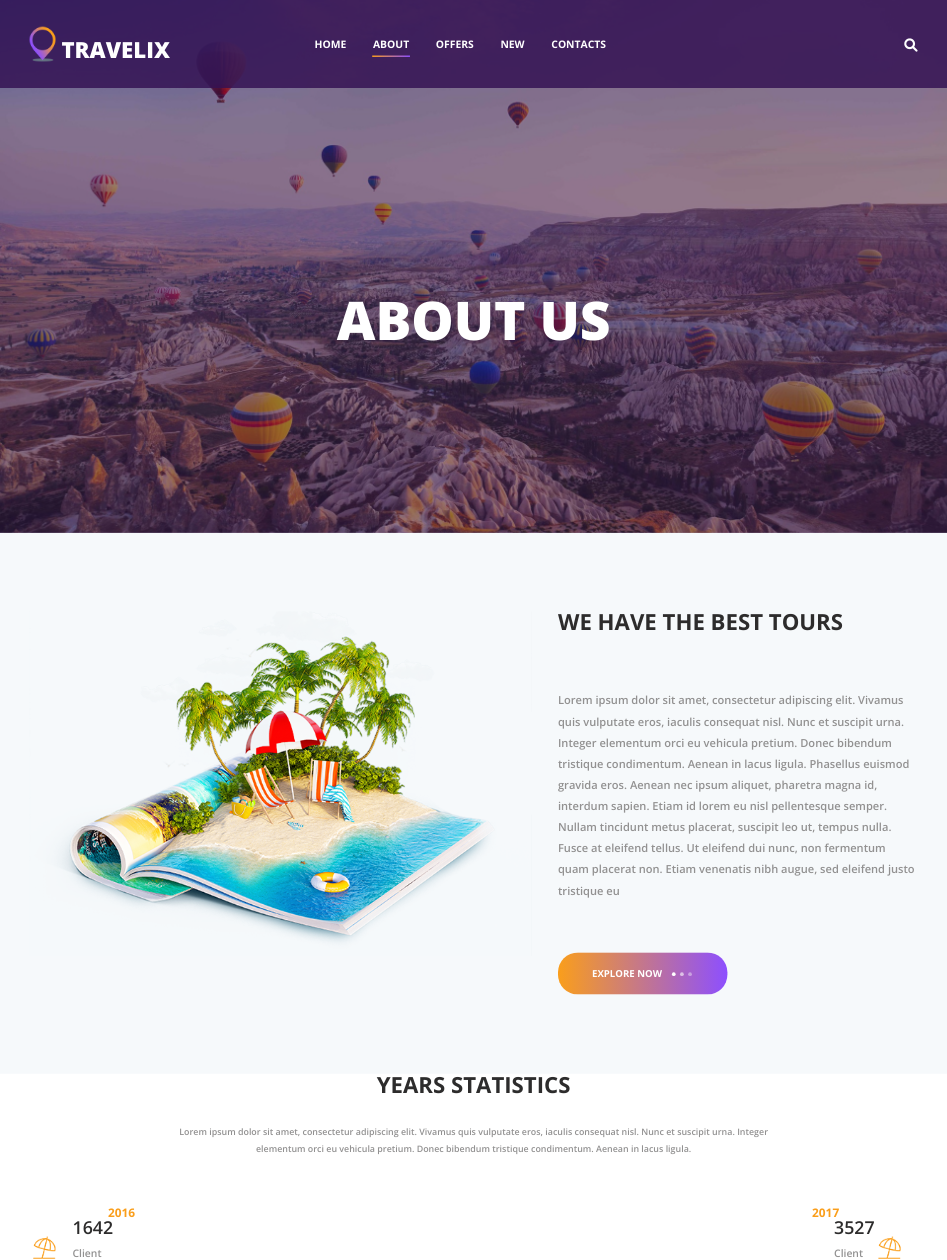
Repository: phamhuuloc/Travelix_Template
Page: about.html
The author's editor kept a copy of each file at every save. The page is drawn from the files as they stood at one save, then again after the next save.
The browser window is 1280 px wide. The pictures show the whole page, at 74% of full size.
Backgrounds fixed to the window are drawn as part of the page. Some web fonts or font styles are not loaded; a fallback is used.

Above is the page before, as saved 2021-10-13 09:22:33.

### about.html
<!DOCTYPE html>
<html lang="en">
  <head>
    <meta charset="UTF-8" />
    <meta http-equiv="X-UA-Compatible" content="IE=edge" />
    <meta name="viewport" content="width=device-width, initial-scale=1.0" />
    <title>Document</title>
    <link rel="shortcut icon" href="./assets/img/logo.png" />
    <link
      href="https://fonts.googleapis.com/css2?family=Caramel&display=swap"
      rel="stylesheet"
    />
    <!-- GOOGLE FONT -->
    <link
      href="https://fonts.googleapis.com/css2?family=Birthstone&display=swap"
      rel="stylesheet"
    />
    <!-- FONT AWESOME -->
    <link
      rel="stylesheet"
      href="https://cdnjs.cloudflare.com/ajax/libs/font-awesome/6.0.0-beta2/css/all.min.css"
      integrity="sha512-YWzhKL2whUzgiheMoBFwW8CKV4qpHQAEuvilg9FAn5VJUDwKZZxkJNuGM4XkWuk94WCrrwslk8yWNGmY1EduTA=="
      crossorigin="anonymous"
      referrerpolicy="no-referrer"
    />
    <!-- CSS -->
    <link rel="stylesheet" href="./assets/css/reset.css" />
    <link rel="stylesheet" href="./assets/css/grid.css" />
    <link rel="stylesheet" href="./assets/css/base.css" />
    <link rel="stylesheet" href="./assets/css/about.css" />
  </head>
  <body>
    <header class="header">
      <div class="header-topbar" style="display: none">
        <div class="grid wide">
          <div class="header-topbar__container">
            <div class="row">
              <div class="col l-6">
                <div class="header-topbar__contact">
                  <ul>
                    <li>
                      <a href="">+84 945 000 917</a>
                    </li>
                    <li>
                      <a href=""><i class="fab fa-pinterest"></i></a>
                    </li>
                    <li>
                      <a href=""><i class="fab fa-facebook-f"></i></a>
                    </li>
                    <li>
                      <a href=""><i class="fab fa-twitter"></i></a>
                    </li>
                    <li>
                      <a href=""><i class="fab fa-dribbble"></i></a>
                    </li>
                    <li>
                      <a href=""><i class="fab fa-behance"></i></a>
                    </li>
                    <li>
                      <a href=""><i class="fab fa-linkedin-in"></i></a>
                    </li>
                  </ul>
                </div>
              </div>
              <div class="col l-6">
                <div class="header-topbar__login">
                  <ul>
                    <li><a href="">Login</a></li>
                    <li><a href="">|</a></li>
                    <li><a href="">Register</a></li>
                  </ul>
                </div>
              </div>
            </div>
          </div>
        </div>
      </div>
      <div class="header-nav">
        <div class="grid wide">
          <div class="header-nav__container">
            <div class="row">
              <div class="col l-3">
                <div class="logo">
                  <a href="" class="logo__link">
                    <img src="./assets/img/logo.png" alt="" />
                    <h2 class="logo__text">Travelix</h2>
                  </a>
                </div>
              </div>
              <div class="col l-6 m-0 c-0">
                <div class="nav-menu">
                  <ul class="nav-menu__list">
                    <li class="nav-menu__item">
                      <a href="index.html" class="nav-menu__link">Home</a>
                    </li>
                    <li class="nav-menu__item active">
                      <a href="./about.html" class="nav-menu__link">About</a>
                    </li>
                    <li class="nav-menu__item">
                      <a href="" class="nav-menu__link">Offers</a>
                    </li>
                    <li class="nav-menu__item">
                      <a href="" class="nav-menu__link">New</a>
                    </li>
                    <li class="nav-menu__item">
                      <a href="" class="nav-menu__link">Contacts</a>
                    </li>
                  </ul>
                </div>
              </div>
              <div class="col l-3">
                <div class="header-search">
                  <i class="fas fa-search header-search__icon"></i>
                </div>
              </div>
            </div>
          </div>
        </div>
      </div>
    </header>
    <div class="home">
      <div
        class="home-background"
        style="background-image: url(./assets/img/about.jpg)"
      ></div>
      <div class="home__title"><h1>About us</h1></div>
    </div>
    <section class="intro">
      <div class="grid wide">
        <div class="intro__container">
          <div class="row">
            <div class="col l-7 intro__img">
              <img src="./assets/img/intro_about.png" alt="" />
            </div>
            <div class="col l-5 intro__content">
              <h2 class="intro__title">WE HAVE THE BEST TOURS</h2>
              <p class="intro__desc">
                Lorem ipsum dolor sit amet, consectetur adipiscing elit. Vivamus
                quis vulputate eros, iaculis consequat nisl. Nunc et suscipit
                urna. Integer elementum orci eu vehicula pretium. Donec bibendum
                tristique condimentum. Aenean in lacus ligula. Phasellus euismod
                gravida eros. Aenean nec ipsum aliquet, pharetra magna id,
                interdum sapien. Etiam id lorem eu nisl pellentesque semper.
                Nullam tincidunt metus placerat, suscipit leo ut, tempus nulla.
                Fusce at eleifend tellus. Ut eleifend dui nunc, non fermentum
                quam placerat non. Etiam venenatis nibh augue, sed eleifend
                justo tristique eu
              </p>
              <div class="intro__btn">
                <div class="btn">
                  <div class="btn-bg"></div>
                  <a href="#" class="btn-link">
                    explore now
                    <span></span>
                    <span></span>
                    <span></span>
                  </a>
                </div>
              </div>
            </div>
          </div>
        </div>
      </div>
    </section>
    <section class="stats">
      <div class="grid wide">
        <div class="stats__container">
          <h2 class="stats__title">YEARS STATISTICS</h2>
          <div class="wrap_text">
            <p class="stats__text">
              Lorem ipsum dolor sit amet, consectetur adipiscing elit. Vivamus
              quis vulputate eros, iaculis consequat nisl. Nunc et suscipit
              urna. Integer elementum orci eu vehicula pretium. Donec bibendum
              tristique condimentum. Aenean in lacus ligula.
            </p>
          </div>
          <div class="stats__year">
            <div class="stats__year-last">2016</div>
            <div class="stats__year-new">2017</div>
          </div>
          <div class="stats__content">
            <div class="stats__item">
              <div class="stats__last">
                <div class="stats__icon">
                  <img src="./assets/img/stats_1.png" alt="" />
                </div>
                <div class="stats__content">
                  <div class="stats__number">1642</div>
                  <div class="stats__type">Client</div>
                </div>
              </div>
              <div class="stats__bar">
                <div class="stats__bar-perc"></div>
              </div>
              <div class="stats__new">
                <div class="stats__content">
                  <div class="stats__number">3527</div>
                  <div class="stats__type">Client</div>
                </div>
                <div class="stats__icon">
                  <img src="./assets/img/stats_1.png" alt="" />
                </div>
              </div>
            </div>
          </div>
        </div>
      </div>
    </section>
  </body>
</html>

### assets/css/grid.css
.grid {
  width: 100%;
  padding: 0;
}
.grid.wide {
  max-width: 1200px;

  margin: 0 auto;
}
.row {
  display: flex;
  flex-wrap: wrap;
  margin-left: -4px;
  margin-right: -4px;
}
.row.no-gutters {
  margin-left: 0;
  margin-right: 0;
}
.col {
  padding-left: 4px;
  padding-right: 4px;
}
.row.no-gutters .col {
  margin-left: 0;
  margin-right: 0;
}

.c-0 {
  display: none;
}

.c-1 {
  flex: 0 0 8.33333%;
  max-width: 8.33333%;
}

.c-2 {
  flex: 0 0 16.66667%;
  max-width: 16.66667%;
}

.c-3 {
  flex: 0 0 25%;
  max-width: 25%;
}

.c-4 {
  flex: 0 0 33.33333%;
  max-width: 33.33333%;
}

.c-5 {
  flex: 0 0 41.66667%;
  max-width: 41.66667%;
}

.c-6 {
  flex: 0 0 50%;
  max-width: 50%;
}

.c-7 {
  flex: 0 0 58.33333%;
  max-width: 58.33333%;
}

.c-8 {
  flex: 0 0 66.66667%;
  max-width: 66.66667%;
}

.c-9 {
  flex: 0 0 75%;
  max-width: 75%;
}

.c-10 {
  flex: 0 0 83.33333%;
  max-width: 83.33333%;
}

.c-11 {
  flex: 0 0 91.66667%;
  max-width: 91.66667%;
}

.c-12 {
  flex: 0 0 100%;
  max-width: 100%;
}

.c-o-1 {
  margin-left: 8.33333%;
}

.c-o-2 {
  margin-left: 16.66667%;
}

.c-o-3 {
  margin-left: 25%;
}

.c-o-4 {
  margin-left: 33.33333%;
}

.c-o-5 {
  margin-left: 41.66667%;
}

.c-o-6 {
  margin-left: 50%;
}

.c-o-7 {
  margin-left: 58.33333%;
}

.c-o-8 {
  margin-left: 66.66667%;
}

.c-o-9 {
  margin-left: 75%;
}

.c-o-10 {
  margin-left: 83.33333%;
}

.c-o-11 {
  margin-left: 91.66667%;
}
/* TABLET */
@media (min-width: 740px) {
  .row {
    margin-left: -8px;
    margin-right: -8px;
  }
  .col {
    padding-right: 8px;
    padding-left: 8px;
  }
  .m-0 {
    display: none;
  }
  .m-1,
  .m-2,
  .m-3,
  .m-4,
  .m-5,
  .m-6,
  .m-7,
  .m-8,
  .m-9,
  .m-10,
  .m-11,
  .m-12 {
    display: block;
  }

  .m-1 {
    flex: 0 0 8.33333%;
    max-width: 8.33333%;
  }

  .m-2 {
    flex: 0 0 16.66667%;
    max-width: 16.66667%;
  }

  .m-3 {
    flex: 0 0 25%;
    max-width: 25%;
  }

  .m-4 {
    flex: 0 0 33.33333%;
    max-width: 33.33333%;
  }

  .m-5 {
    flex: 0 0 41.66667%;
    max-width: 41.66667%;
  }

  .m-6 {
    flex: 0 0 50%;
    max-width: 50%;
  }

  .m-7 {
    flex: 0 0 58.33333%;
    max-width: 58.33333%;
  }

  .m-8 {
    flex: 0 0 66.66667%;
    max-width: 66.66667%;
  }

  .m-9 {
    flex: 0 0 75%;
    max-width: 75%;
  }

  .m-10 {
    flex: 0 0 83.33333%;
    max-width: 83.33333%;
  }

  .m-11 {
    flex: 0 0 91.66667%;
    max-width: 91.66667%;
  }

  .m-12 {
    flex: 0 0 100%;
    max-width: 100%;
  }

  .m-o-1 {
    margin-left: 8.33333%;
  }

  .m-o-2 {
    margin-left: 16.66667%;
  }

  .m-o-3 {
    margin-left: 25%;
  }

  .m-o-4 {
    margin-left: 33.33333%;
  }

  .m-o-5 {
    margin-left: 41.66667%;
  }

  .m-o-6 {
    margin-left: 50%;
  }

  .m-o-7 {
    margin-left: 58.33333%;
  }

  .m-o-8 {
    margin-left: 66.66667%;
  }

  .m-o-9 {
    margin-left: 75%;
  }

  .m-o-10 {
    margin-left: 83.33333%;
  }

  .m-o-11 {
    margin-left: 91.66667%;
  }
}
/* PC MEDIUM RESOLUTION */
@media (min-width: 1113px) {
  .row {
    margin-left: -12px;
    margin-right: -12px;
  }
  .row.sm-gutter {
    margin-left: -8px;
    margin-right: -8px;
  }
  .col {
    padding-left: 12px;
    padding-right: 12px;
  }
  .row.sm-gutter .col {
    padding-left: 8px;
    padding-right: 8px;
  }
  .l-0 {
    display: none;
  }

  .l-1,
  .l-2,
  .l-2-4,
  .l-3,
  .l-4,
  .l-5,
  .l-6,
  .l-7,
  .l-8,
  .l-9,
  .l-10,
  .l-11,
  .l-12 {
    display: block;
  }

  .l-1 {
    flex: 0 0 8.33333%;
    max-width: 8.33333%;
  }

  .l-2 {
    flex: 0 0 16.66667%;
    max-width: 16.66667%;
  }

  .l-2-4 {
    flex: 0 0 20%;
    max-width: 20%;
  }

  .l-3 {
    flex: 0 0 25%;
    max-width: 25%;
  }

  .l-4 {
    flex: 0 0 33.33333%;
    max-width: 33.33333%;
  }

  .l-5 {
    flex: 0 0 41.66667%;
    max-width: 41.66667%;
  }

  .l-6 {
    flex: 0 0 50%;
    max-width: 50%;
  }

  .l-7 {
    flex: 0 0 58.33333%;
    max-width: 58.33333%;
  }

  .l-8 {
    flex: 0 0 66.66667%;
    max-width: 66.66667%;
  }

  .l-9 {
    flex: 0 0 75%;
    max-width: 75%;
  }

  .l-10 {
    flex: 0 0 83.33333%;
    max-width: 83.33333%;
  }

  .l-11 {
    flex: 0 0 91.66667%;
    max-width: 91.66667%;
  }

  .l-12 {
    flex: 0 0 100%;
    max-width: 100%;
  }

  .l-o-1 {
    margin-left: 8.33333%;
  }

  .l-o-2 {
    margin-left: 16.66667%;
  }

  .l-o-3 {
    margin-left: 25%;
  }

  .l-o-4 {
    margin-left: 33.33333%;
  }

  .l-o-5 {
    margin-left: 41.66667%;
  }

  .l-o-6 {
    margin-left: 50%;
  }

  .l-o-7 {
    margin-left: 58.33333%;
  }

  .l-o-8 {
    margin-left: 66.66667%;
  }

  .l-o-9 {
    margin-left: 75%;
  }

  .l-o-10 {
    margin-left: 83.33333%;
  }

  .l-o-11 {
    margin-left: 91.66667%;
  }
}
/* TABLET AND PC */
@media (min-width: 740px) and (max-width: 1023px) {
  .wide {
    width: 644px;
  }
}
/* > PC  LOW RESOLUTION */
@media (min-width: 1024px) and (max-width: 1239px) {
  .wide {
    width: 984px;
  }
}
.form__item {
  display: flex;
  flex-direction: column;
}

### assets/css/base.css
@import url("https://fonts.googleapis.com/css?family=Open+Sans:300,400,600,700,800");
@font-face {
  font-family: "Beyond";
  src: url("../fonts/beyond_the_mountains.otf") format("truetype"),
    url("../fonts/beyond_the_mountains.ttf") format("opentype");
}

:root {
  --topbar-height: 3.6rem;
  --white-color: white;
  --gray-color: #929191;
  --primary-color: #fa9e1b;
  --bg-btn: linear-gradient(to right, #fa9e1b, #8d4fff, #fa9e1b);
  --bg-section: linear-gradient(to top right, #fa9e1b, #8d4fff);
  --black-color: #2d2c2c;
}
* {
  margin: 0;
  padding: 0;
  box-sizing: border-box;
}
html {
  font-size: 62.5%;
}
body {
  font-family: "Open Sans", sans-serif;
  text-rendering: optimizeLegibility;
  -webkit-font-smoothing: antialiased;
}
a {
  text-decoration: none;
}
i {
  display: block;
  width: 100%;
}
ul {
  list-style: none;
}
select {
  -webkit-appearance: none;
  -moz-appearance: none;
  text-indent: 1px;
  text-overflow: "";
}
img {
  display: block;
  max-width: 100%;
}
/* FONT */
@import url(https://fonts.googleapis.com/css?family=Open+Sans:300,400,600,700,800);
@font-face {
  font-family: "Beyond";
  src: url(../font/beyond_the_mountains.otf) format("truetype"),
    url(../font/beyond_the_mountains.ttf) format("opentype");
}
/* BUTTON */
/*  */
/* HEADER */

.header-topbar {
  height: var(--topbar-height);
  background-color: rgb(53, 10, 78);
}
.header-topbar li:hover a {
  color: var(--primary-color);
  transition: all 300ms ease;
}
.header-topbar__contact ul {
  display: flex;
  align-items: center;
  height: var(--topbar-height);
}
.header-topbar__contact li a {
  color: white;
  font-size: 1.2rem;
  margin-right: 2rem;
  text-transform: uppercase;
}
.header-topbar__login ul {
  height: var(--topbar-height);
  display: flex;
  align-items: center;
  justify-content: flex-end;
}
.header-topbar li a {
  color: var(--white-color);
  font-size: 1.2rem;
  padding: 0 2px;
  text-transform: uppercase;
}
.header-nav {
  background: rgba(54, 19, 84, 0.85);
  padding: 3.6rem 0;
  position: fixed;
  z-index: 99;
  width: 100%;
}
.logo__link {
  display: flex;
  align-items: flex-end;
}
.logo__text {
  color: var(--white-color);
  font-weight: 800;
  font-size: 3rem;
  text-transform: uppercase;
  margin-left: 8px;
}
.nav-menu {
  height: 100%;
  display: flex;
  align-items: center;
}
.nav-menu__list {
  width: 100%;
  display: flex;
  align-items: center;
  justify-content: center;
}
.nav-menu__link {
  font-size: 1.4rem;
  color: var(--white-color);
  font-weight: 650;
  text-transform: uppercase;
  margin-right: 3.6rem;
  position: relative;
}
.nav-menu__link::after {
  content: "";
  display: block;
  position: absolute;
  left: -1px;
  bottom: -8px;
  width: calc(100% + 2px);
  height: 2px;
  opacity: 0;
  transition: all 300ms ease;
  background: linear-gradient(to right, #fa9e1b, #8d4fff);
}
.active .nav-menu__link::after {
  opacity: 1;
}
.nav-menu__item:hover .nav-menu__link::after {
  opacity: 1;
}
.header-search {
  height: 100%;
  display: flex;
  align-items: center;
  justify-content: flex-end;
}
.header-search__icon {
  display: contents;
  text-align: right;
  color: var(--white-color);
  font-size: 1.8rem;
  font-weight: 600;
  cursor: pointer;
}
.header-search__icon:hover {
  color: var(--primary-color);
  transition: all 300ms ease;
}
/* HOME */
.home {
  position: relative;
  width: 100%;
  height: 100vh;
  background: #31124b;
}
.home-background {
  position: absolute;
  top: 0;
  left: 0;
  width: 100%;
  height: 100%;
  background-repeat: no-repeat;
  background-position: center center;
  background-size: cover;
  opacity: 0.5;
}
.home-container {
  position: absolute;
  top: 50%;
  left: 50%;
  transform: translate(-50%, -50%);
}
.home-title__heading {
  font-size: 9.2rem;
  color: var(--white-color);
  font-weight: 900;
  text-transform: uppercase;
}
.home-title__heading:nth-child(2) {
  font-family: Beyond;
  font-size: 6rem;
  text-align: center;
}
/*home button */
.btn {
  display: inline-block;
  border-radius: 27px;
  overflow: hidden;
  position: relative;
  margin-top: 70px;
  left: 50%;
  transform: translateX(-50%);
}
.btn:hover .btn-bg {
  transform: translateX(-50%);
}
.btn-bg {
  z-index: 0;
  position: absolute;
  top: 0;
  left: 0;
  width: 200%;
  height: 100%;
  background: var(--bg-btn);
  transition: all 400ms ease;
  cursor: pointer;
}
.btn-link {
  display: block;
  font-size: 13px;
  font-weight: 700;
  color: #fff;
  text-transform: uppercase;
  padding: 2.2rem 0;
  padding-left: 46px;
  padding-right: 46px;
  white-space: nowrap;
  position: relative;
}
.btn-link span {
  display: inline-block;
  background-color: white;
  width: 5.5px;
  height: 5.5px;
  border-radius: 50%;
  vertical-align: middle;
  margin-right: 2px;
}
.btn-link span:first-child {
  margin-left: 1rem;
}
.btn-link span:nth-child(2) {
  opacity: 0.6;
}
.btn-link span:last-child {
  opacity: 0.4;
}
/* CONTACT FORM */
.contact {
  margin-top: 10.3rem;
  width: 100%;
  padding-bottom: 105px;
  position: relative;
}
.contact-background {
  position: absolute;
  bottom: -34px;
  width: 100%;
  height: 114%;
  background-size: cover;
  background-position: center center;
  background-repeat: no-repeat;
}
.contact-container {
  position: relative;
  z-index: 2;
}
.contact-form {
  background: var(--bg-section);
  padding: 8.4rem 7.6rem 4.8rem;
}
.form-heading {
  font-size: 3rem;
  font-weight: 700;
  color: var(--white-color);
  text-transform: uppercase;
  margin-bottom: 8.6rem;
}
.form-input {
  color: var(--white-color);
  font-size: 1.6rem;
  padding: 1rem;
  width: 100%;
  border: 0;
  border-bottom: 2px solid white;
  background-color: transparent;
  margin-bottom: 3rem;
  outline: none;
}
.form-input::-webkit-input-placeholder {
  color: white;
  font-size: 1.4rem;
}
.input-messages {
  /* height: 126px; */
}
.contact-btn {
  margin-top: 5rem;
  border-radius: 2.7rem;
  background-color: #31124b;
  display: inline-flex;
  align-items: center;
  justify-content: center;
  cursor: pointer;
}
.contact-btn:hover {
  opacity: 0.8;
  transition: all 0.3s ease;
}
.contact-btn .btn-link {
  padding: 22px 29px;
}
/* FOOTER */
.footer {
  background: #31124b;
  padding: 8.5rem 10.3rem 11.8rem;
  /* position: absolute; */
}
.footer__item {
  position: relative;
}
.footer__logo {
  position: absolute;
  top: -2.9rem;
}
.footer__about {
  padding-top: 67px;
}
.footer__about-desc {
  font-size: 1.6rem;
  font-weight: 600;
  color: var(--white-color);
  line-height: 2;
  margin-bottom: 2rem;
}
.social-list {
  display: flex;
}
.social-item {
  display: flex;
  align-items: center;
  justify-content: center;
  width: 3.1rem;
  height: 3.1rem;
  border-radius: 50%;
  margin-right: 12px;
  cursor: pointer;
  transition: all 0.3s ease;
  border: 1px solid var(--primary-color);
}
.social-item:hover {
  background-color: var(--primary-color);
}
.social-item a i {
  font-size: 10px;
  color: var(--white-color);
}
.footer__blog-item {
  display: flex;
  margin-bottom: 2.1rem;
}
.footer__blog-item img {
  margin-right: 20px;
}
.footer__blog-content {
  display: flex;
  flex-direction: column;
}
.footer__blog-title {
  font-size: 1.4rem;
  color: var(--white-color);
  margin-bottom: 1.4rem;
  cursor: pointer;
}
.footer__blog-title:hover {
  color: var(--primary-color);
}
.footer__blog-date {
  font-size: 1.2rem;
  color: var(--primary-color);
}
.tag__item {
  display: flex;
  align-items: center;
  justify-content: center;
  padding: 12px 25px;
  margin-right: 9px;
  margin-bottom: 9px;
  border: 1px solid var(--primary-color);
  transition: all 0.3s ease;
  float: left;
  cursor: pointer;
}
.tag__item:hover {
  cursor: pointer;
  background-color: var(--primary-color);
}
.tag__item a {
  color: var(--white-color);
  font-size: 1.4rem;
  font-weight: 600;
}
.contact__info-item {
  display: flex;
}
.contact__info-icon {
  width: 2rem;
  height: 2rem;
  margin-right: 8px;
}
.contact__info-text {
  font-size: 1.4rem;
  color: var(--white-color);
  line-height: 1.8;
  margin-bottom: 2.4rem;
}
.copyright {
  background: #1f0733;
  padding: 20px 0;
}
.copyright__container {
  color: var(--white-color);
  font-size: 1.6rem;
}
.copyright__container a {
  transition: all 0.3s ease;
  color: blue;
}
.copyright__container a:hover {
  color: var(--primary-color);
}
.copyright__container i {
  display: contents;
  color: red;
}

### assets/css/about.css
.home-background {
  background-repeat: no-repeat;
  background-position: bottom center;
  background-attachment: fixed;
  background-size: cover;
}
.home__title {
  position: absolute;
  top: 55%;
  left: 50%;
  transform: translateX(-50%);
}
.home__title h1 {
  font-size: 7.2rem;
  font-weight: 800;
  color: var(--white-color);
  text-transform: uppercase;
}
/* INTRO */
.intro {
  padding: 10.6rem 0;
  background-color: #f6f9fb;
}
.intro__title {
  font-size: 3rem;
  font-weight: 700;
  color: var(--black-color);
  margin-bottom: 7.6rem;
  text-transform: uppercase;
}
.intro__desc {
  font-size: 1.5rem;
  font-weight: 600;
  color: var(--gray-color);
  line-height: 1.9;
}
.intro__btn .btn {
  left: 0;
  transform: translateX(0);
}
.stats__title {
  text-align: center;
  font-size: 3rem;
  font-weight: 700;
  color: var(--black-color);
  margin-bottom: 3.8rem;
}
.wrap_text {
  text-align: center;
  display: flex;
  justify-content: center;
  margin-bottom: 6.6rem;
}
.stats__text {
  font-size: 1.2rem;
  font-weight: 600;
  line-height: 1.9;
  color: var(--gray-color);
  max-width: 84rem;
}
.stats__year {
  display: flex;
  align-items: center;
  justify-content: space-between;
  padding: 0 10.6rem;
}
.stats__year-last,
.stats__year-new {
  font-size: 1.6rem;
  font-weight: 700;
  color: var(--primary-color);
}
.stats__item {
  display: flex;
  align-items: center;
  justify-content: space-between;
}
.stats__last {
  display: flex;
  align-items: flex-end;
}
.stats__icon {
  margin-right: 1.8rem;
}
.stats__number {
  font-size: 2.4rem;
  font-weight: 600;
  color: var(--black-color);
  margin-bottom: 1.6rem;
}
.stats__type {
  font-size: 1.4rem;
  font-weight: 600;
  color: var(--gray-color);
}
.stats__new {
  display: flex;
  align-items: flex-end;
}

Loaded but not shown: assets/css/reset.css (common file)

After the next save:
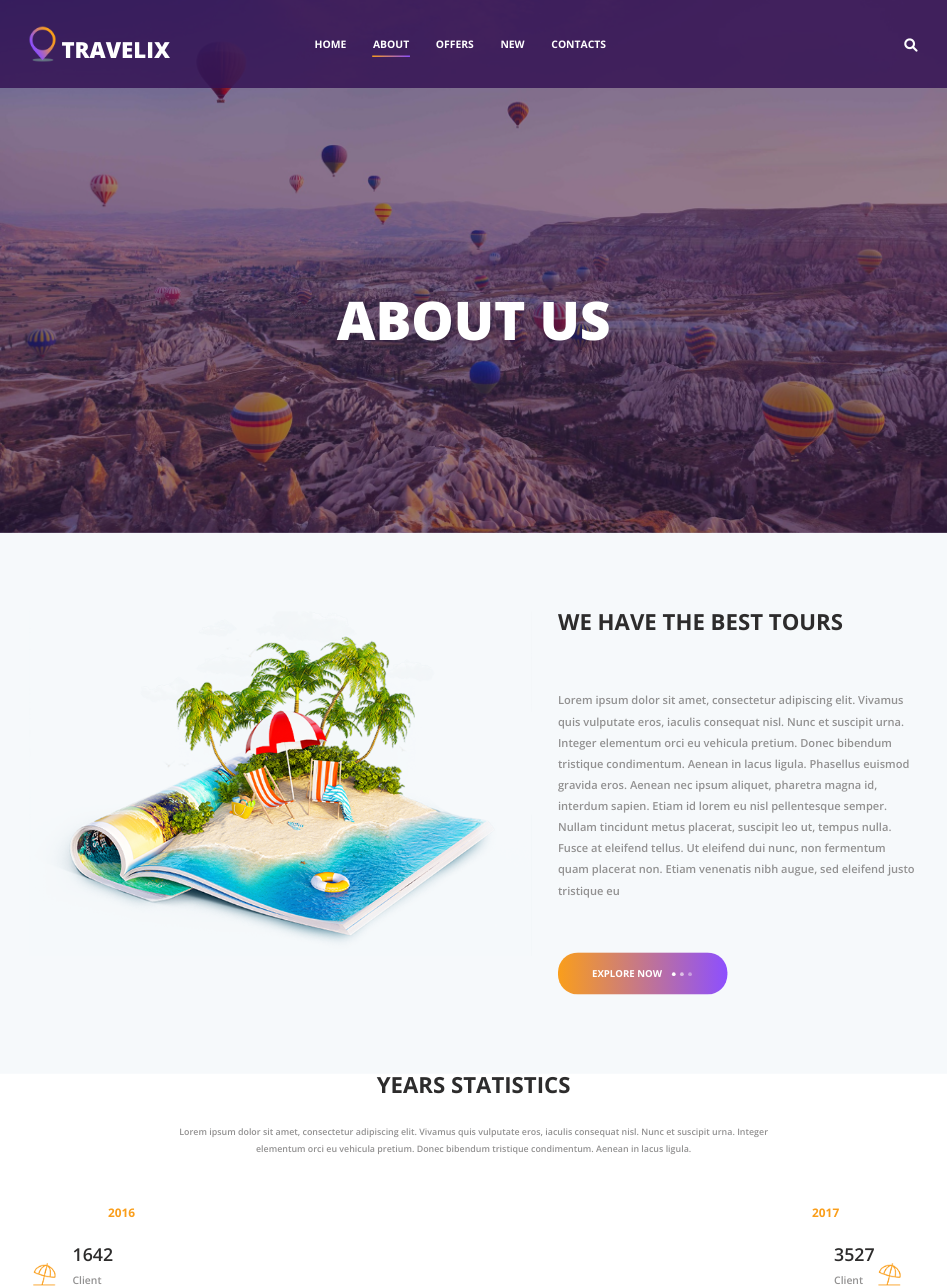
Saved 39 s later.
--- a/assets/css/about.css
+++ b/assets/css/about.css
@@ -63,6 +63,7 @@
   align-items: center;
   justify-content: space-between;
   padding: 0 10.6rem;
+  margin-bottom: 3.6rem;
 }
 .stats__year-last,
 .stats__year-new {
